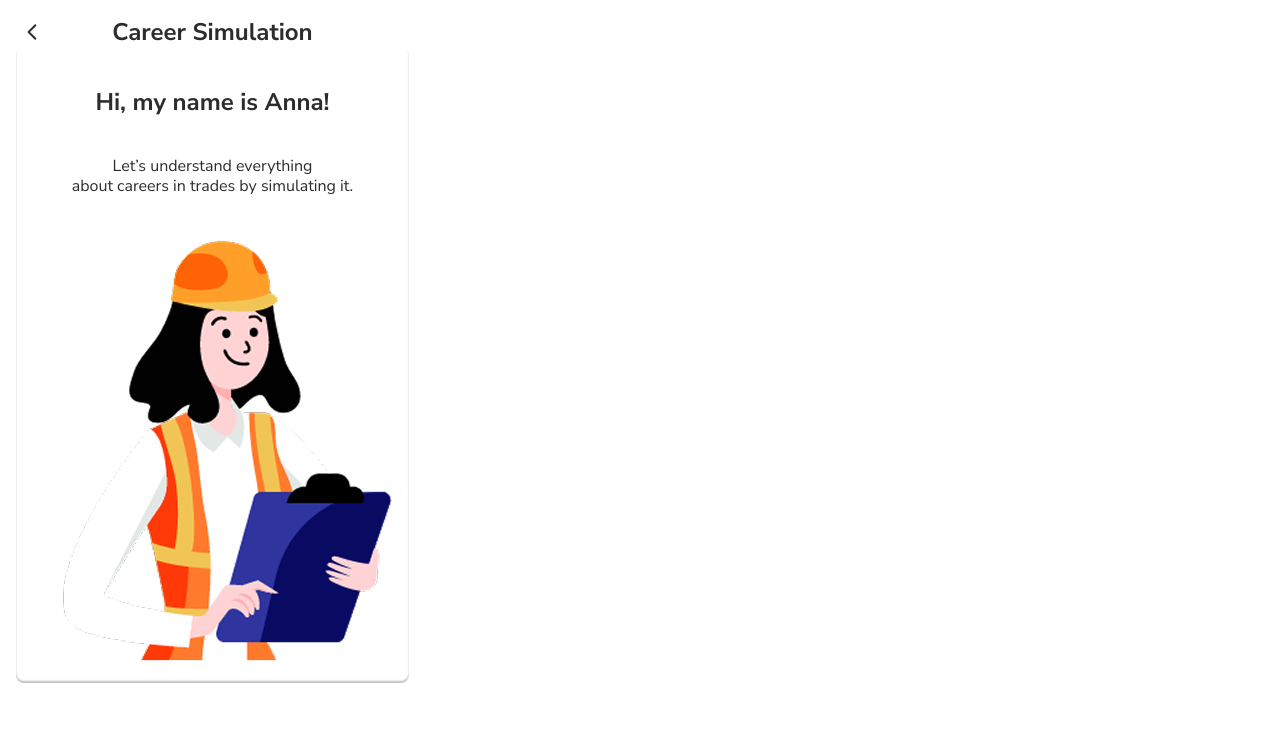
Repository: daniel-liu01/week10books
Page: /
The author's editor kept a copy of each file at every save. The page is drawn from the files as they stood at one save, then again after the next save.
The browser window is 1280 px wide. The pictures show the whole page.
The project was rebuilt for these pictures with package versions that can differ from the ones it lists, and the page was loaded fresh each time. Also part of the build but not shown: vite.config.js, vite.config.ts, src/App.css.

Above is the page before, as saved 2025-10-17 18:06:34.

After the next save:
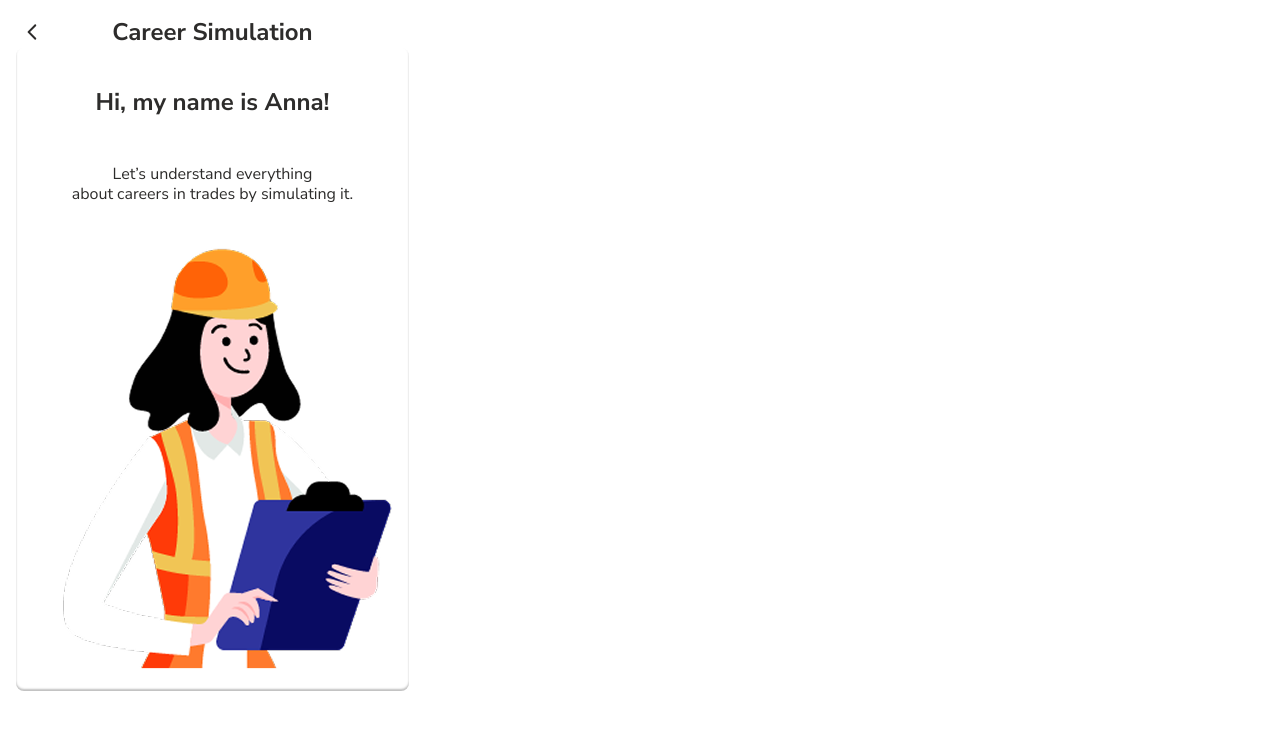
Saved 9 s later.
--- a/components/Card/Card.module.css
+++ b/components/Card/Card.module.css
@@ -16,6 +16,7 @@
     flex-direction: column;
     justify-content: space-between;
     align-items: center;
+    gap: var(--space-small);
     flex: 1 0 0;
     align-self: stretch;
     font-family: var(--font-family);

After the save that followed:
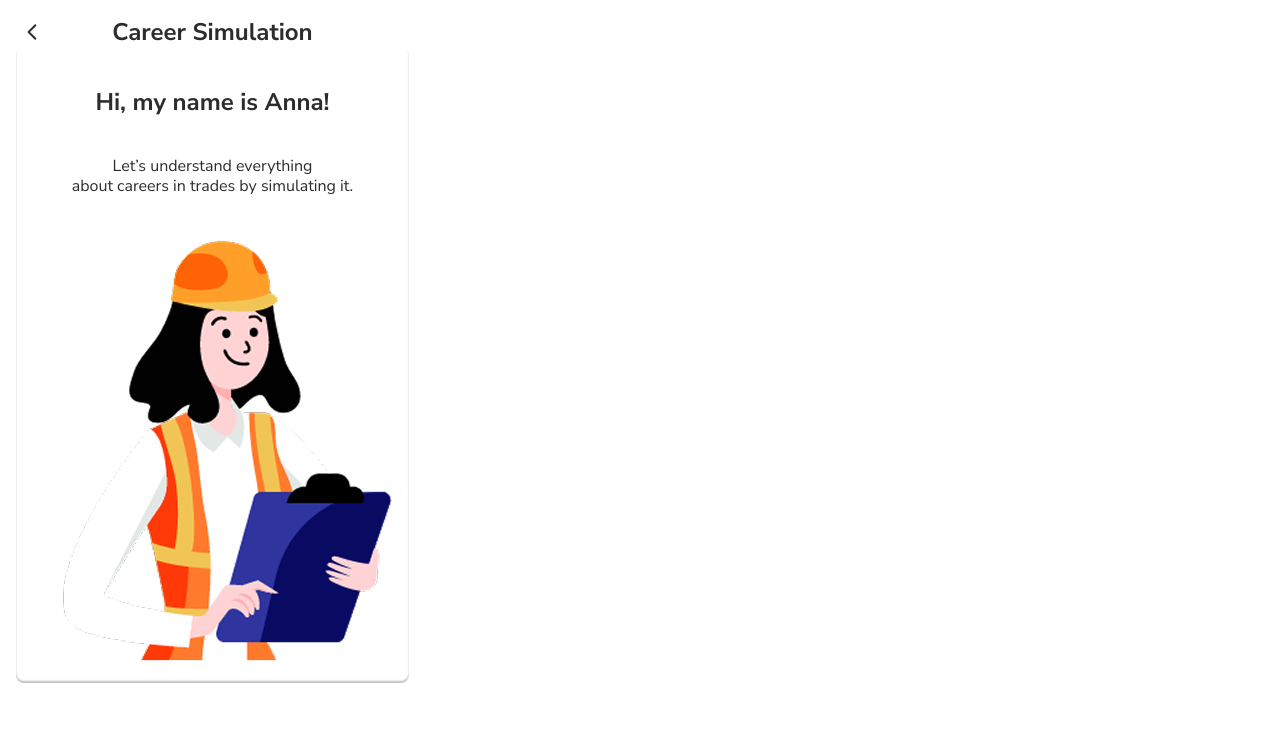
Saved 7 s later.
--- a/components/Card/Card.module.css
+++ b/components/Card/Card.module.css
@@ -16,7 +16,6 @@
     flex-direction: column;
     justify-content: space-between;
     align-items: center;
-    gap: var(--space-small);
     flex: 1 0 0;
     align-self: stretch;
     font-family: var(--font-family);
